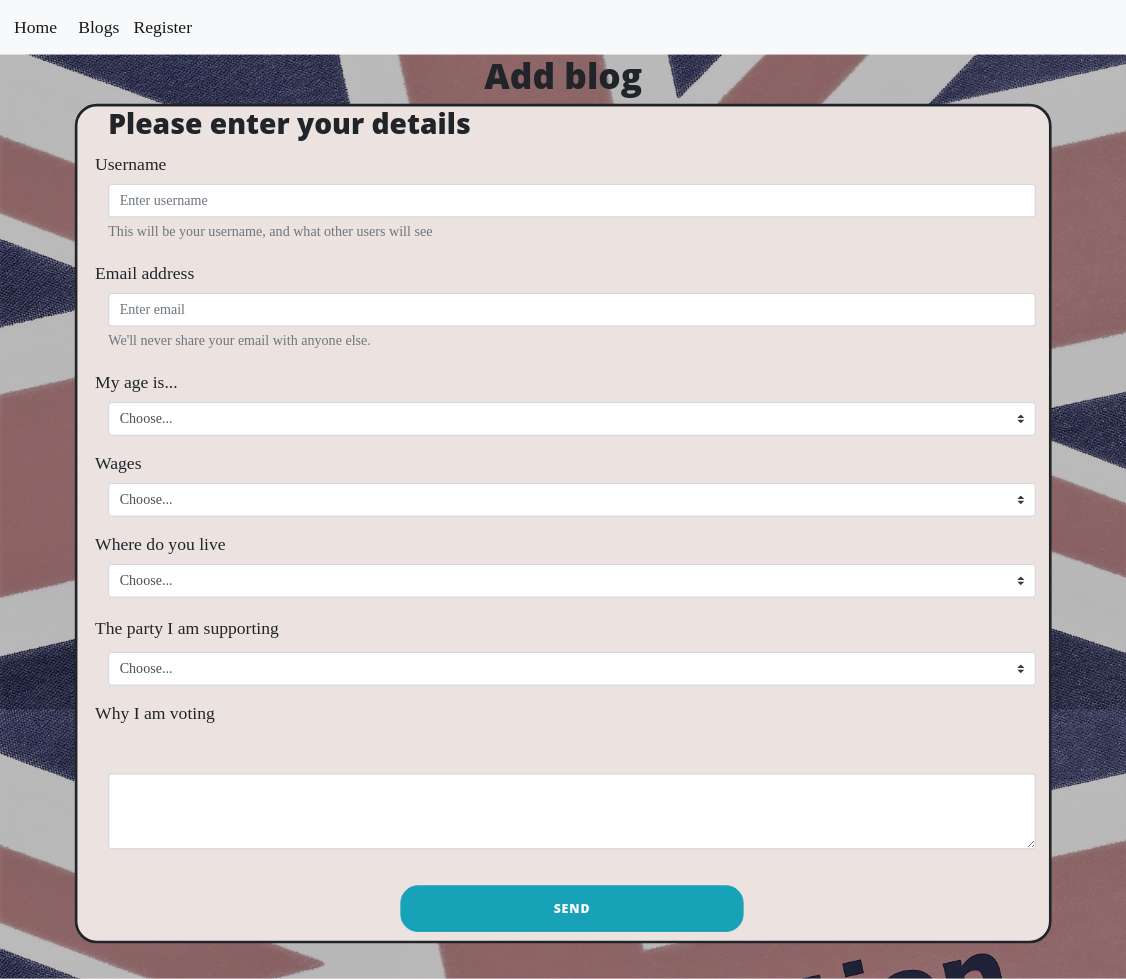
Repository: Rudancy/ms3
Page: http://localhost/add_blog
The author's editor kept a record of every edit. The page is drawn from the files as they stood at one moment, then again after the next edit.
The browser window is 1280 px wide. The pictures show the whole page, at 88% of full size.
Backgrounds fixed to the window are drawn as part of the page. Some web libraries are served in a nearby version. The page is served by the project's application, run on Flask 3 (app.py). Queries for data that is not in the repository find no rows.

Above is the page before.

After the next edit:
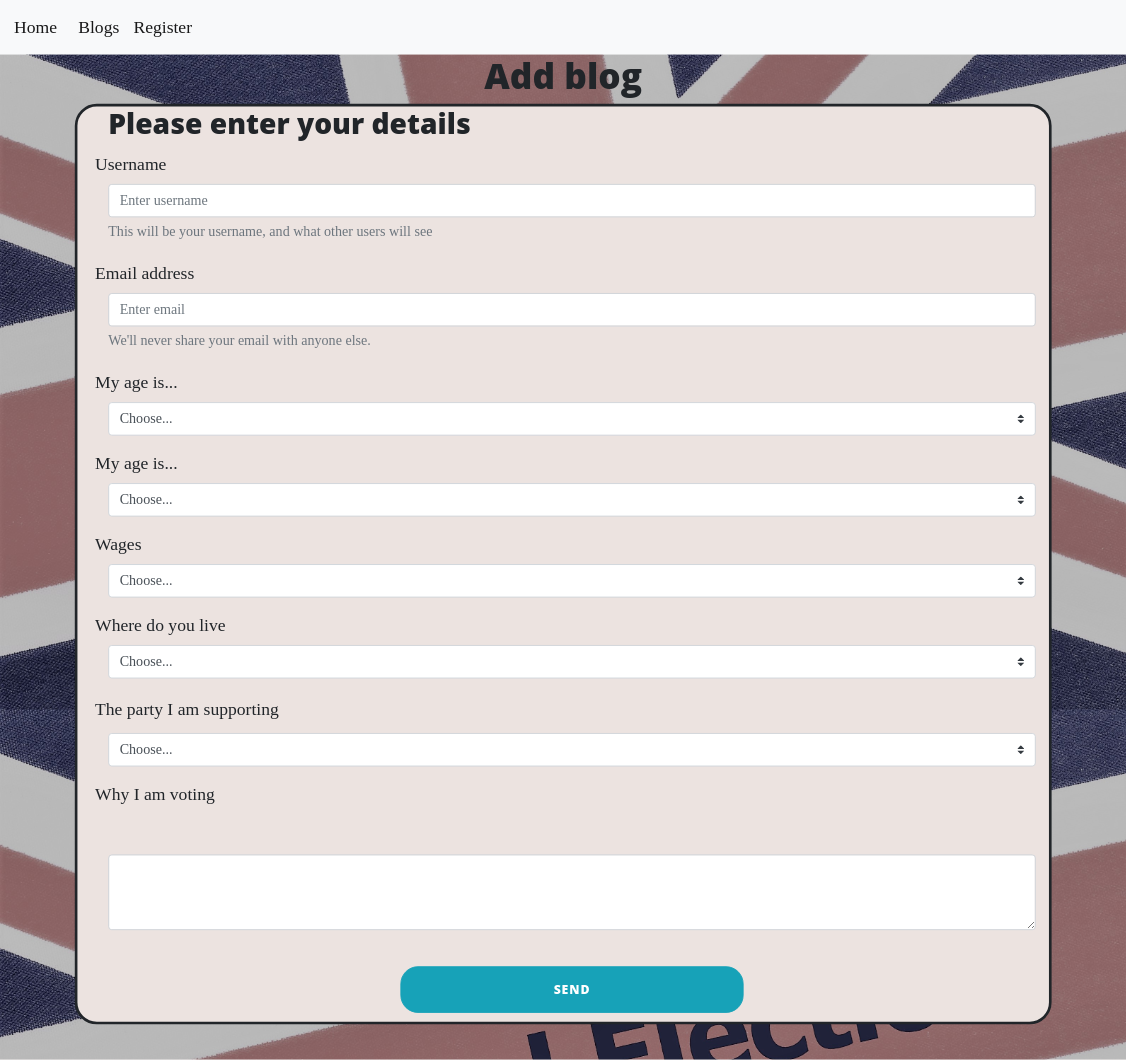
The edit:
--- a/templates/add_blog.html
+++ b/templates/add_blog.html
@@ -60,6 +60,25 @@
                 </div>
             </div>
 
+            <div class="row">
+                <label for="exampleInputEmail1">My age is...</label>
+            </div>
+            <div class="form-row">
+                <div class="col-12">
+                    <div class="input-group mb-3">
+
+
+                        <select name="user_religion" class="custom-select" id="inputGroupSelect04">
+                        <option selected>Choose...</option>
+                        {% for religion in religions %}
+                        <option value="{{religion.religion}}">{{religion.religion}}</option>
+                        {% endfor %}
+                    </select>
+
+                    </div>
+                </div>
+            </div>
+
 
 
             <div class="row">
@@ -107,45 +126,45 @@
 
 
 
-    <div class="row mb-1">
-        <label for="exampleInputEmail1">The party I am supporting</label>
-    </div>
+            <div class="row mb-1">
+                <label for="exampleInputEmail1">The party I am supporting</label>
+            </div>
 
-    <div class="row">
-        <div class="col-12">
-            <div class="input-group mb-3">
-                <select name="user_party" class="custom-select" id="inputGroupSelect03">
+            <div class="row">
+                <div class="col-12">
+                    <div class="input-group mb-3">
+                        <select name="user_party" class="custom-select" id="inputGroupSelect03">
                         <option selected>Choose...</option>
                         {% for political in parties %}
                         <option value="{{political.political}}">{{political.political}}</option>
                         {%endfor%}
                     </select>
+                    </div>
+                </div>
             </div>
-        </div>
+
+
+
+            <div class="row mb-3">
+                <label for="exampleInputEmail1">Why I am voting</label>
+            </div>
+            <div class="row">
+                <div class="col-12">
+                    <div class="form-group">
+                        <label for="exampleFormControlTextarea1"></label>
+                        <textarea name="user_comment" class="form-control" id="exampleFormControlTextarea1" rows="3"></textarea>
+                    </div>
+                </div>
+            </div>
+            <div class="row justify-centre">
+                <button type="submit" class="btn btn-info btn-block">Send</button>
+            </div>
     </div>
 
 
 
-    <div class="row mb-3">
-        <label for="exampleInputEmail1">Why I am voting</label>
-    </div>
-    <div class="row">
-        <div class="col-12">
-            <div class="form-group">
-                <label for="exampleFormControlTextarea1"></label>
-                <textarea name="user_comment" class="form-control" id="exampleFormControlTextarea1" rows="3"></textarea>
-            </div>
-        </div>
-    </div>
-    <div class="row justify-centre">
-        <button type="submit" class="btn btn-info btn-block">Send</button>
-    </div>
-</div>
 
-
-
-
-</form>
+    </form>
 </div>
 
 </div>
